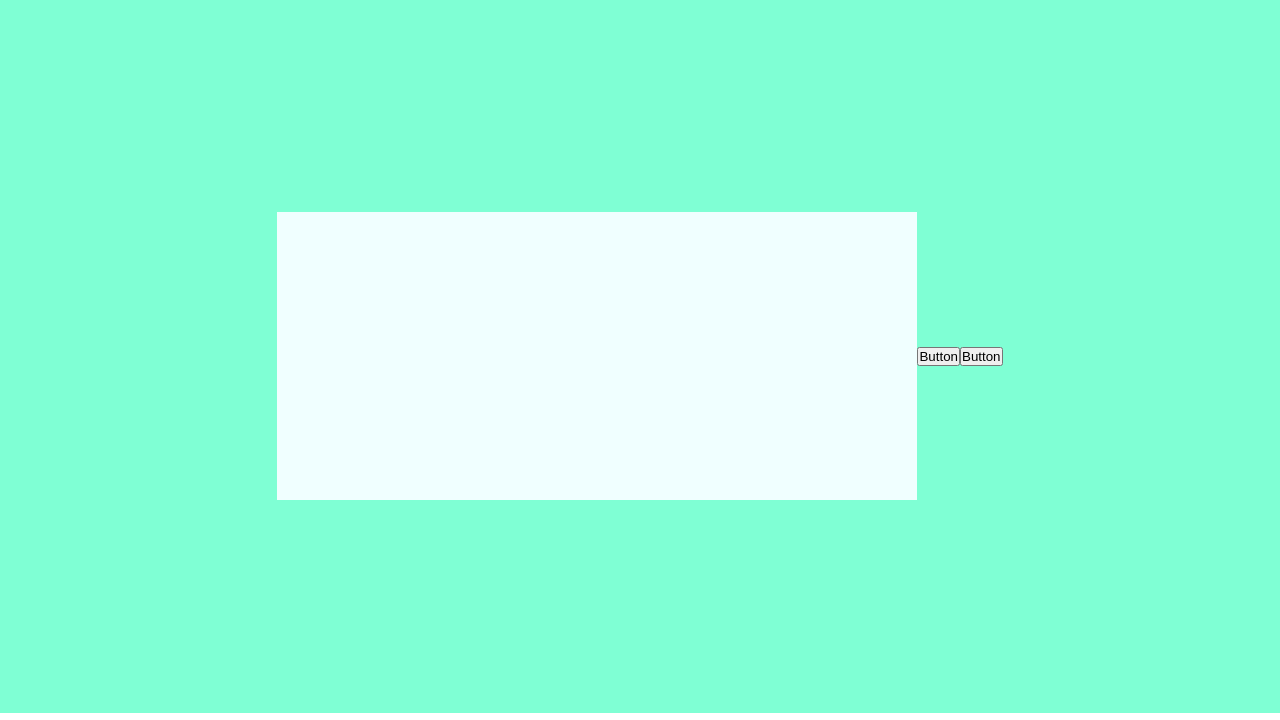
Repository: gitveerak/git-message-chat
Page: demo/demo.html
An editor plug-in stored every save of this project. The page is shown before and after the next save, followed by the edit.
The browser window is 1280 px wide. The pictures show the whole page.
After loading, the first visible `button` was clicked once.

Above is the page before, as saved 2025-04-19 16:56:46.

### demo/demo.html
<!DOCTYPE html>
<html lang="en">
<head>
    <meta charset="UTF-8">
    <meta name="viewport" content="width=device-width, initial-scale=1.0">
    <title>Demo Page</title>
    <style>
        *{
            padding: 0;
            margin: 0;
            box-sizing: border-box;
        }
        .wrap{
            height: 99vh;
            width: 100vw;
            background-color: aquamarine;
            display: flex;
            justify-content: center;
            align-items: center;
        }
        .wrap_inner{
            display: block;
            width: 50vw;
            height: 40vh;
            background-color:azure;
            .icon{
                width: 100%;
                position: relative;
                padding-top: 1em;
                display: none;
                .icon_inner{
                    position: absolute;
                    top: 1em;
                    left: 50%;
                    transform: translateX(-50%);
                    background-color: rgb(56, 56, 56);
                    border-radius: 5em;
                    animation: icon 1s ease forwards;
                    .img_icon{
                        display: none;
                        vertical-align: bottom;
                        animation: img_icon 600ms ease-in-out forwards;
                    }
                }
            }
        }
        @keyframes icon{
            0%{
                width: 3vw;
            }
            100%{
                width: 30vw;
            }
        }
        @keyframes img_icon {
            0%{
                width: 1.6em;
                opacity: 1;
            }
            100%{
                width: 1.2em;
                opacity: 0;
            }
        }
        /* .wrap_inner:hover{
            .icon{
                display: block;
            }
        } */
    </style>
</head>
<body>
    <div class="wrap">
        <div class="wrap_inner">
            <div class="icon">
                <div class="icon_inner">
                    <img class="img_icon" src="home.png" alt="home_png">
                </div>
            </div>
        </div>
        <button type="button" onclick="btn()">Button</button>
        <button type="button" onclick="btn1()">Button</button>
    </div>
    <script>
        const icon = document.querySelector('.icon');
        function btn() {
            icon.style.display='block';
            setTimeout(() => {
            icon.style.display='none';
            }, 6000);
        }

        const img_icon = document.querySelector('.img_icon');
        function btn1() {
            img_icon.style.display='block';
            setTimeout(() => {
            img_icon.style.display='none';
            }, 6000);
        }
    </script>
</body>
</html>

After the next save:
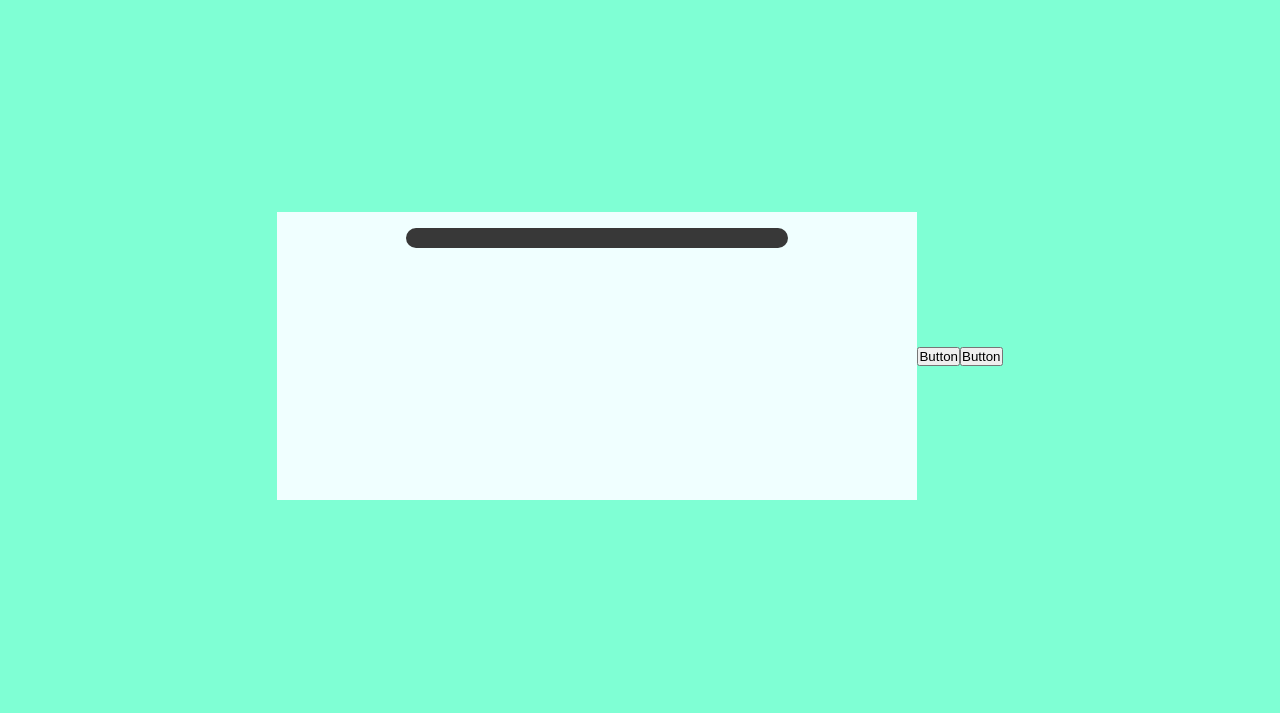
Saved 95 s later.
--- a/demo/demo.html
+++ b/demo/demo.html
@@ -82,21 +82,16 @@
         <button type="button" onclick="btn1()">Button</button>
     </div>
     <script>
+        const img_icon = document.querySelector('.img_icon');
         const icon = document.querySelector('.icon');
         function btn() {
+            img_icon.style.display='block';
+            setTimeout(() => {
             icon.style.display='block';
-            setTimeout(() => {
-            icon.style.display='none';
-            }, 6000);
+            }, 700);
         }
 
-        const img_icon = document.querySelector('.img_icon');
-        function btn1() {
-            img_icon.style.display='block';
-            setTimeout(() => {
-            img_icon.style.display='none';
-            }, 6000);
-        }
+
     </script>
 </body>
 </html>
